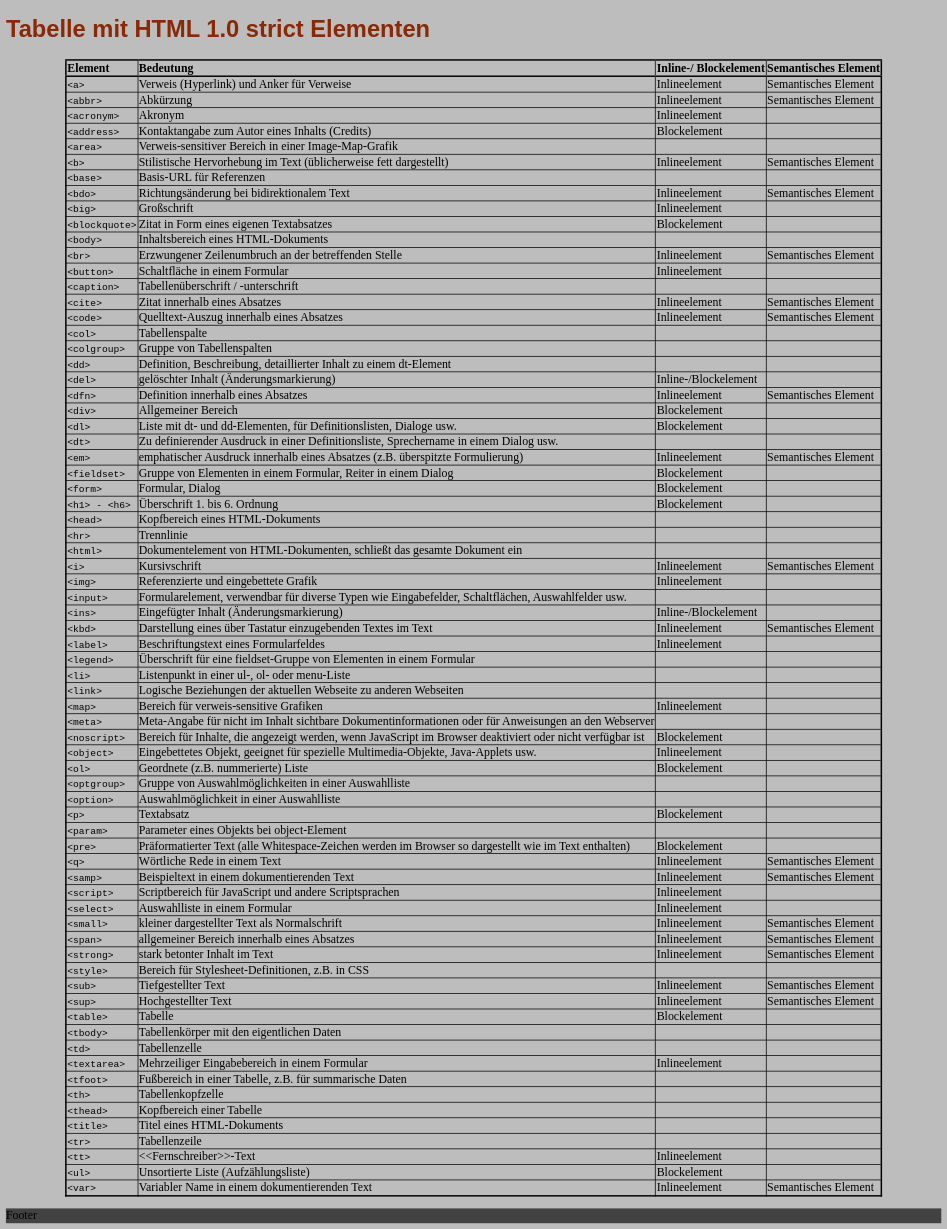
Repository: pLurchi/MyWebengineeringRepo
Page: RemoteSystemsTempFiles/HA-Kapitel06/WebContent/index.html
The author's editor kept a copy of each file at every save. The page is drawn from the files as they stood at one save, then again after the next save.
The browser window is 1280 px wide. The pictures show the whole page, at 74% of full size.

Above is the page before, as saved 2013-11-30 10:15:04.

### RemoteSystemsTempFiles/HA-Kapitel06/WebContent/index.html
<?xml version="1.0" encoding="UTF-8" ?>
<!DOCTYPE html PUBLIC "-//W3C//DTD XHTML 1.0 Strict//EN" "http://www.w3.org/TR/xhtml1/DTD/xhtml1-strict.dtd">
<html xmlns="http://www.w3.org/1999/xhtml">
<head>
<meta http-equiv="Content-Type" content="text/html; charset=UTF-8" />
<link type="text/css" rel="stylesheet" href="CSS/stylesheet.css" />

<title>HA-Kapitel06</title>
</head>
<body>

<div id="headerdiv">
	<h1>Tabelle mit HTML 1.0 strict Elementen</h1>
</div>

<div id="bodydiv">
	<table class="wiki-content-table">

		<colgroup>
    		<col width="1*" />
    		<col width="4*" />
    		<col width="1*" />
		    <col width="1*" />
  		</colgroup>

		<tr>
			<th>Element</th>
			<th>Bedeutung</th>
			<th>Inline-/ Blockelement</th>
			<th>Semantisches Element</th>
		</tr>

		<tr>
			<td><tt>&lt;a&gt;</tt></td>
			<td>Verweis (Hyperlink) und Anker für Verweise</td>
			<td>Inlineelement</td>
			<td>Semantisches Element</td>
		</tr>
		<tr>
			<td><tt>&lt;abbr&gt;</tt></td>
			<td>Abkürzung</td>
			<td>Inlineelement</td>
			<td>Semantisches Element</td>
		</tr>
		<tr>
			<td><tt>&lt;acronym&gt;</tt></td>
			<td>Akronym</td>
			<td>Inlineelement</td>
			<td></td>
		</tr>
		<tr>
			<td><tt>&lt;address&gt;</tt></td>
			<td>Kontaktangabe zum Autor eines Inhalts (Credits)</td>
			<td>Blockelement</td>
			<td></td>
		</tr>
		<tr>
			<td><tt>&lt;area&gt;</tt></td>
			<td>Verweis-sensitiver Bereich in einer Image-Map-Grafik</td>
			<td></td>
			<td></td>
		</tr>
		<tr>
			<td><tt>&lt;b&gt;</tt></td>
			<td>Stilistische Hervorhebung im Text (üblicherweise fett dargestellt)</td>
			<td>Inlineelement</td>
			<td>Semantisches Element</td>
		</tr>
		<tr>
			<td><tt>&lt;base&gt;</tt></td>
			<td>Basis-URL für Referenzen</td>
			<td></td>
			<td></td>
		</tr>
		<tr>
			<td><tt>&lt;bdo&gt;</tt></td>
			<td>Richtungsänderung bei bidirektionalem Text</td>
			<td>Inlineelement</td>
			<td>Semantisches Element</td>
		</tr>
		<tr>
			<td><tt>&lt;big&gt;</tt></td>
			<td>Großschrift</td>
			<td>Inlineelement</td>
			<td></td>
		</tr>
		<tr>
			<td><tt>&lt;blockquote&gt;</tt></td>
			<td>Zitat in Form eines eigenen Textabsatzes</td>
			<td>Blockelement</td>
			<td></td>
		</tr>
		<tr>
			<td><tt>&lt;body&gt;</tt></td>
			<td>Inhaltsbereich eines HTML-Dokuments</td>
			<td></td>
			<td></td>
		</tr>
		<tr>
			<td><tt>&lt;br&gt;</tt></td>
			<td>Erzwungener Zeilenumbruch an der betreffenden Stelle</td>
			<td>Inlineelement</td>
			<td>Semantisches Element</td>
		</tr>
		<tr>
			<td><tt>&lt;button&gt;</tt></td>
			<td>Schaltfläche in einem Formular</td>
			<td>Inlineelement</td>
			<td></td>
		</tr>
		<tr>
			<td><tt>&lt;caption&gt;</tt></td>
			<td>Tabellenüberschrift / -unterschrift</td>
			<td></td>
			<td></td>
		</tr>
		<tr>
			<td><tt>&lt;cite&gt;</tt></td>
			<td>Zitat innerhalb eines Absatzes</td>
			<td>Inlineelement</td>
			<td>Semantisches Element</td>
		</tr>
		<tr>
			<td><tt>&lt;code&gt;</tt></td>
			<td>Quelltext-Auszug innerhalb eines Absatzes</td>
			<td>Inlineelement</td>
			<td>Semantisches Element</td>
		</tr>
		<tr>
			<td><tt>&lt;col&gt;</tt></td>
			<td>Tabellenspalte</td>
			<td></td>
			<td></td>
		</tr>
		<tr>
			<td><tt>&lt;colgroup&gt;</tt></td>
			<td>Gruppe von Tabellenspalten</td>
			<td></td>
			<td></td>
		</tr>
		<tr>
			<td><tt>&lt;dd&gt;</tt></td>
			<td>Definition, Beschreibung, detaillierter Inhalt zu einem dt-Element</td>
			<td></td>
			<td></td>
		</tr>
		<tr>
			<td><tt>&lt;del&gt;</tt></td>
			<td>gelöschter Inhalt (Änderungsmarkierung)</td>
			<td>Inline-/Blockelement</td>
			<td></td>
		</tr>
		<tr>
			<td><tt>&lt;dfn&gt;</tt></td>
			<td>Definition innerhalb eines Absatzes</td>
			<td>Inlineelement</td>
			<td>Semantisches Element</td>
		</tr>
		<tr>
			<td><tt>&lt;div&gt;</tt></td>
			<td>Allgemeiner Bereich</td>
			<td>Blockelement</td>
			<td></td>
		</tr>
		<tr>
			<td><tt>&lt;dl&gt;</tt></td>
			<td>Liste mit dt- und dd-Elementen, für Definitionslisten, Dialoge usw.</td>
			<td>Blockelement</td>
			<td></td>
		</tr>
		<tr>
			<td><tt>&lt;dt&gt;</tt></td>
			<td>Zu definierender Ausdruck in einer Definitionsliste, Sprechername in einem Dialog usw.</td>
			<td></td>
			<td></td>
		</tr>
		<tr>
			<td><tt>&lt;em&gt;</tt></td>
			<td>emphatischer Ausdruck innerhalb eines Absatzes (z.B. überspitzte Formulierung)</td>
			<td>Inlineelement</td>
			<td>Semantisches Element</td>
		</tr>
		<tr>
			<td><tt>&lt;fieldset&gt;</tt></td>
			<td>Gruppe von Elementen in einem Formular, Reiter in einem Dialog</td>
			<td>Blockelement</td>
			<td></td>
		</tr>
		<tr>
			<td><tt>&lt;form&gt;</tt></td>
			<td>Formular, Dialog</td>
			<td>Blockelement</td>
			<td></td>
		</tr>
		<tr>
			<td><tt>&lt;h1&gt; - &lt;h6&gt;</tt></td>
			<td>Überschrift 1. bis 6. Ordnung</td>
			<td>Blockelement</td>
			<td></td>
		</tr>
		<tr>
			<td><tt>&lt;head&gt;</tt></td>
			<td>Kopfbereich eines HTML-Dokuments</td>
			<td></td>
			<td></td>
		</tr>
		<tr>
			<td><tt>&lt;hr&gt;</tt></td>
			<td>Trennlinie</td>
			<td></td>
			<td></td>
		</tr>
		<tr>
			<td><tt>&lt;html&gt;</tt></td>
			<td>Dokumentelement von HTML-Dokumenten, schließt das gesamte Dokument ein</td>
			<td></td>
			<td></td>
		</tr>
		<tr>
			<td><tt>&lt;i&gt;</tt></td>
			<td>Kursivschrift</td>
			<td>Inlineelement</td>
			<td>Semantisches Element</td>
		</tr>
		<tr>
			<td><tt>&lt;img&gt;</tt></td>
			<td>Referenzierte und eingebettete Grafik</td>
			<td>Inlineelement</td>
			<td></td>
		</tr>
		<tr>
			<td><tt>&lt;input&gt;</tt></td>
			<td>Formularelement, verwendbar für diverse Typen wie Eingabefelder, Schaltflächen, Auswahlfelder usw.</td>
			<td></td>
			<td></td>
		</tr>
		<tr>
			<td><tt>&lt;ins&gt;</tt></td>
			<td>Eingefügter Inhalt (Änderungsmarkierung)</td>
			<td>Inline-/Blockelement</td>
			<td></td>
		</tr>
		<tr>
			<td><tt>&lt;kbd&gt;</tt></td>
			<td>Darstellung eines über Tastatur einzugebenden Textes im Text</td>
			<td>Inlineelement</td>
			<td>Semantisches Element</td>
		</tr>
		<tr>
			<td><tt>&lt;label&gt;</tt></td>
			<td>Beschriftungstext eines Formularfeldes</td>
			<td>Inlineelement</td>
			<td></td>
		</tr>
		<tr>
			<td><tt>&lt;legend&gt;</tt></td>
			<td>Überschrift für eine fieldset-Gruppe von Elementen in einem Formular</td>
			<td></td>
			<td></td>
		</tr>
		<tr>
			<td><tt>&lt;li&gt;</tt></td>
			<td>Listenpunkt in einer ul-, ol- oder menu-Liste</td>
			<td></td>
			<td></td>
		</tr>
		<tr>
			<td><tt>&lt;link&gt;</tt></td>
			<td>Logische Beziehungen der aktuellen Webseite zu anderen Webseiten</td>
			<td></td>
			<td></td>
		</tr>
		<tr>
			<td><tt>&lt;map&gt;</tt></td>
			<td>Bereich für verweis-sensitive Grafiken</td>
			<td>Inlineelement</td>
			<td></td>
		</tr>
		<tr>
			<td><tt>&lt;meta&gt;</tt></td>
			<td>Meta-Angabe für nicht im Inhalt sichtbare Dokumentinformationen oder für Anweisungen an den Webserver</td>
			<td></td>
			<td></td>
		</tr>
		<tr>
			<td><tt>&lt;noscript&gt;</tt></td>
			<td>Bereich für Inhalte, die angezeigt werden, wenn JavaScript im Browser deaktiviert oder nicht verfügbar ist</td>
			<td>Blockelement</td>
			<td></td>
		</tr>
		<tr>
			<td><tt>&lt;object&gt;</tt></td>
			<td>Eingebettetes Objekt, geeignet für spezielle Multimedia-Objekte, Java-Applets usw.</td>
			<td>Inlineelement</td>
			<td></td>
		</tr>
		<tr>
			<td><tt>&lt;ol&gt;</tt></td>
			<td>Geordnete (z.B. nummerierte) Liste</td>
			<td>Blockelement</td>
			<td></td>
		</tr>
		<tr>
			<td><tt>&lt;optgroup&gt;</tt></td>
			<td>Gruppe von Auswahlmöglichkeiten in einer Auswahlliste</td>
			<td></td>
			<td></td>
		</tr>
		<tr>
			<td><tt>&lt;option&gt;</tt></td>
			<td>Auswahlmöglichkeit in einer Auswahlliste</td>
			<td></td>
			<td></td>
		</tr>
		<tr>
			<td><tt>&lt;p&gt;</tt></td>
			<td>Textabsatz</td>
			<td>Blockelement</td>
			<td></td>
		</tr>
		<tr>
			<td><tt>&lt;param&gt;</tt></td>
			<td>Parameter eines Objekts bei object-Element</td>
			<td></td>
			<td></td>
		</tr>
		<tr>
			<td><tt>&lt;pre&gt;</tt></td>
			<td>Präformatierter Text (alle Whitespace-Zeichen werden im Browser so dargestellt wie im Text enthalten)</td>
			<td>Blockelement</td>
			<td></td>
		</tr>
		<tr>
			<td><tt>&lt;q&gt;</tt></td>
			<td>Wörtliche Rede in einem Text</td>
			<td>Inlineelement</td>
			<td>Semantisches Element</td>
		</tr>
		<tr>
			<td><tt>&lt;samp&gt;</tt></td>
			<td>Beispieltext in einem dokumentierenden Text</td>
			<td>Inlineelement</td>
			<td>Semantisches Element</td>
		</tr>
		<tr>
			<td><tt>&lt;script&gt;</tt></td>
			<td>Scriptbereich für JavaScript und andere Scriptsprachen</td>
			<td>Inlineelement</td>
			<td></td>
		</tr>
		<tr>
			<td><tt>&lt;select&gt;</tt></td>
			<td>Auswahlliste in einem Formular</td>
			<td>Inlineelement</td>
			<td></td>
		</tr>
		<tr>
			<td><tt>&lt;small&gt;</tt></td>
			<td>kleiner dargestellter Text als Normalschrift</td>
			<td>Inlineelement</td>
			<td>Semantisches Element</td>
		</tr>
		<tr>
			<td><tt>&lt;span&gt;</tt></td>
			<td>allgemeiner Bereich innerhalb eines Absatzes</td>
			<td>Inlineelement</td>
			<td>Semantisches Element</td>
		</tr>
		<tr>
			<td><tt>&lt;strong&gt;</tt></td>
			<td>stark betonter Inhalt im Text</td>
			<td>Inlineelement</td>
			<td>Semantisches Element</td>
		</tr>
		<tr>
			<td><tt>&lt;style&gt;</tt></td>
			<td>Bereich für Stylesheet-Definitionen, z.B. in CSS</td>
			<td></td>
			<td></td>
		</tr>
		<tr>
			<td><tt>&lt;sub&gt;</tt></td>
			<td>Tiefgestellter Text</td>
			<td>Inlineelement</td>
			<td>Semantisches Element</td>
		</tr>
		<tr>
			<td><tt>&lt;sup&gt;</tt></td>
			<td>Hochgestellter Text</td>
			<td>Inlineelement</td>
			<td>Semantisches Element</td>
		</tr>
		<tr>
			<td><tt>&lt;table&gt;</tt></td>
			<td>Tabelle</td>
			<td>Blockelement</td>
			<td></td>
		</tr>
		<tr>
			<td><tt>&lt;tbody&gt;</tt></td>
			<td>Tabellenkörper mit den eigentlichen Daten</td>
			<td></td>
			<td></td>
		</tr>
		<tr>
			<td><tt>&lt;td&gt;</tt></td>
			<td>Tabellenzelle</td>
			<td></td>
			<td></td>
		</tr>
		<tr>
			<td><tt>&lt;textarea&gt;</tt></td>
			<td>Mehrzeiliger Eingabebereich in einem Formular</td>
			<td>Inlineelement</td>
			<td></td>
		</tr>
		<tr>
			<td><tt>&lt;tfoot&gt;</tt></td>
			<td>Fußbereich in einer Tabelle, z.B. für summarische Daten</td>
			<td></td>
			<td></td>
		</tr>
		<tr>
			<td><tt>&lt;th&gt;</tt></td>
			<td>Tabellenkopfzelle</td>
			<td></td>
			<td></td>
		</tr>
		<tr>
			<td><tt>&lt;thead&gt;</tt></td>
			<td>Kopfbereich einer Tabelle</td>
			<td></td>
			<td></td>
		</tr>
		<tr>
			<td><tt>&lt;title&gt;</tt></td>
			<td>Titel eines HTML-Dokuments</td>
			<td></td>
			<td></td>
		</tr>
		<tr>
			<td><tt>&lt;tr&gt;</tt></td>
			<td>Tabellenzeile</td>
			<td></td>
			<td></td>
		</tr>
		<tr>
			<td><tt>&lt;tt&gt;</tt></td>
			<td>&lt;&lt;Fernschreiber&gt;&gt;-Text</td>
			<td>Inlineelement</td>
			<td></td>
		</tr>
		<tr>
			<td><tt>&lt;ul&gt;</tt></td>
			<td>Unsortierte Liste (Aufzählungsliste)</td>
			<td>Blockelement</td>
			<td></td>
		</tr>
		<tr>
			<td><tt>&lt;var&gt;</tt></td>
			<td>Variabler Name in einem dokumentierenden Text</td>
			<td>Inlineelement</td>
			<td>Semantisches Element</td>
		</tr>
	</table>
</div>

<div id="footerdiv">
	<p>Footer</p>
</div>

</body>
</html>

### RemoteSystemsTempFiles/HA-Kapitel06/WebContent/CSS/stylesheet.css
@CHARSET "UTF-8";

/*Main Stylesheet of Web Eng G1 */

/*Colors
	gray: #BDBDBD;
	dark-gray: #424242;
	dark-orange: #8A2906;
*/


body {
	background-color: #BDBDBD;
}

#headerdiv {
	display:block;
}

#bodydiv {
	display:block;
	margin:auto;
}

#footerdiv {
	display:block;
	clear:both;
	margin:auto;
	height: 20px;
	background-color:#424242;

}



h1 {
	align:auto;
	font-family:sans-serif;
	color: #8A2906;
}

p {
	align:auto;
}


table {
	border: 2px solid black;
	border-collapse: collapse;
	margin:auto;
}

th {
	border: 2px solid black;
	border-left: 1px solid black;
	border-right: 1px solid black;
	text-align: left;
	vertical-align:top;
}

td {
	border: 1px solid black;
	text-align: left;
	vertical-align:top;
}

After the next save:
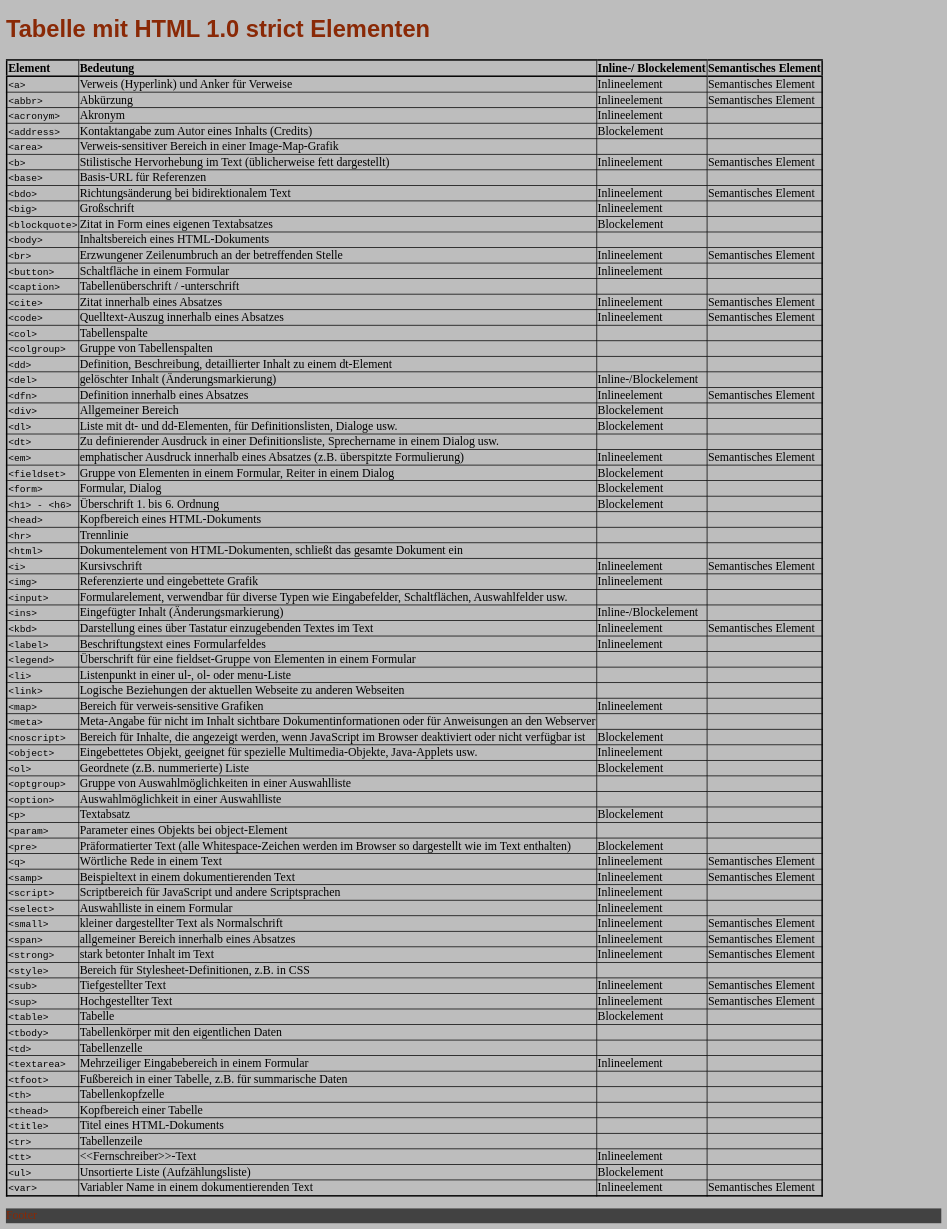
Saved 64 s later.
--- a/RemoteSystemsTempFiles/HA-Kapitel06/WebContent/CSS/stylesheet.css
+++ b/RemoteSystemsTempFiles/HA-Kapitel06/WebContent/CSS/stylesheet.css
@@ -15,6 +15,7 @@ body {
 
 #headerdiv {
 	display:block;
+	margin:auto;
 }
 
 #bodydiv {
@@ -34,20 +35,18 @@ body {
 
 
 h1 {
-	align:auto;
 	font-family:sans-serif;
 	color: #8A2906;
 }
 
 p {
-	align:auto;
+	color:#8A2906;
 }
 
 
 table {
 	border: 2px solid black;
 	border-collapse: collapse;
-	margin:auto;
 }
 
 th {
